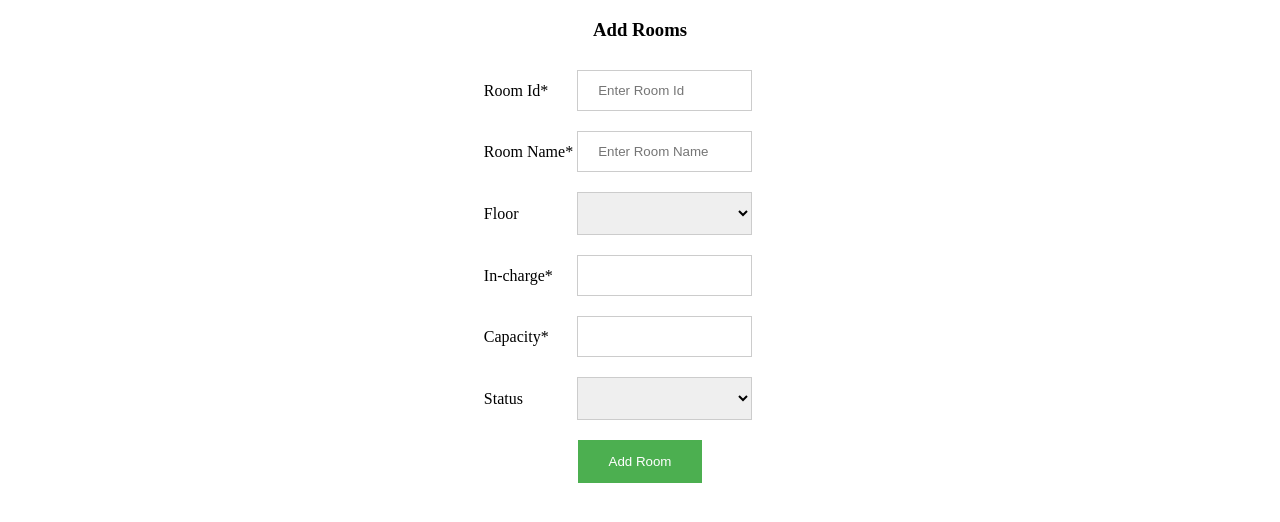
Repository: ManuArugollu1/meetingoraganizer1
Page: http://localhost/Meeting_Organizer/AddRoom.jsp
The author's editor kept a copy of each file at every save. The page is drawn from the files as they stood at one save, then again after the next save.
The browser window is 1280 px wide. The pictures show the whole page.
The page is served by Tomcat 9.

Above is the page before, as saved 2019-10-01 04:19:48.

After the next save:
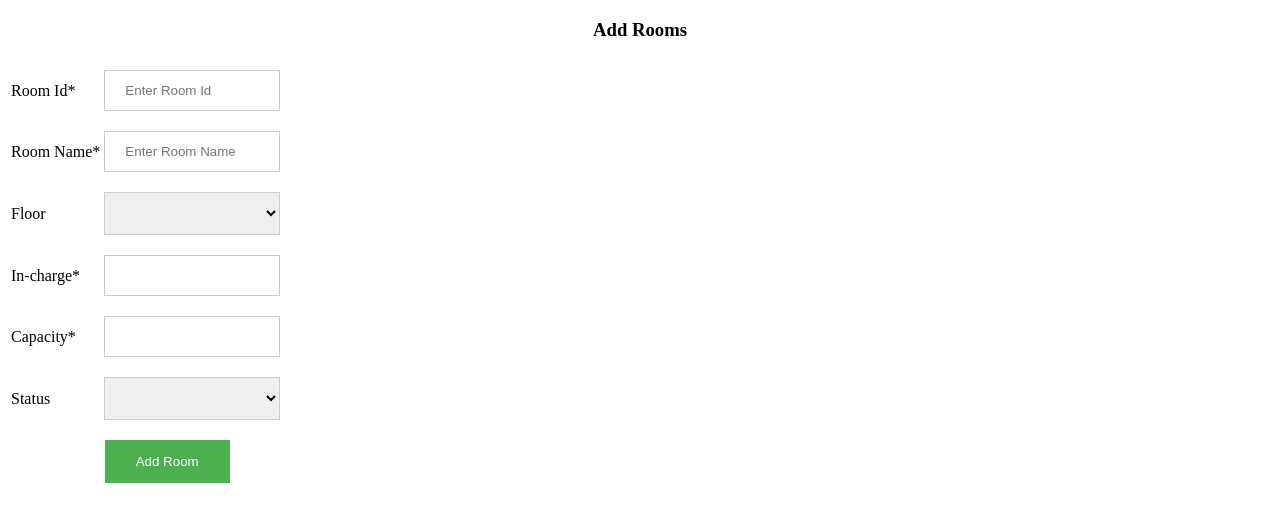
Saved 75 s later.
--- a/Meeting Organizer/WebContent/AddRoom.jsp
+++ b/Meeting Organizer/WebContent/AddRoom.jsp
@@ -40,7 +40,7 @@ background-color: #4CAF50;
 <body>
 <h3 align="center">Add Rooms</h3>
 <form action="AddRoomServlet" method="post">
-<table align="center">
+<table>
 <tr>
 <td>Room Id*</td>
 <td><input type="text"   name="roomid" placeholder="Enter Room Id" required value=""/></td>
